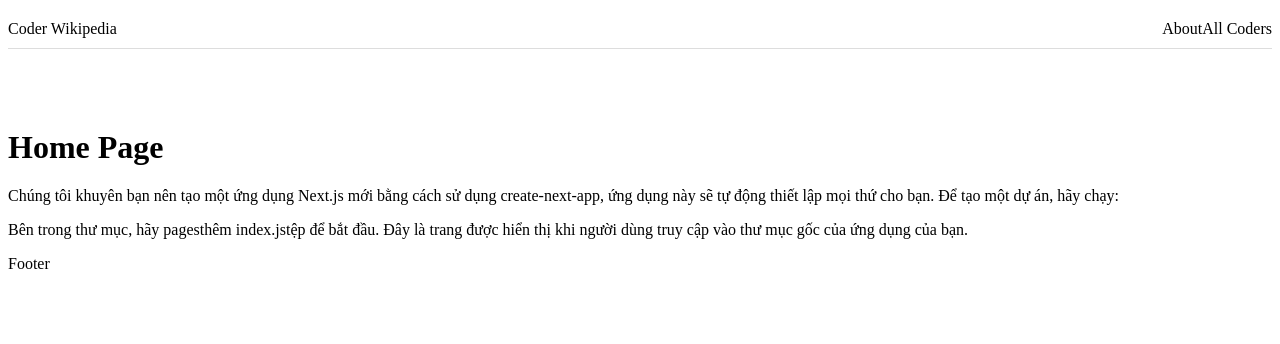
Repository: DuckyNumberONS/H-c-Next-Js
Page: / (app in my-app/)
An editor plug-in stored every save of this project. The page is shown before and after a run of saves, followed by the edit.
The browser window is 1280 px wide. The pictures show the whole page.
Some web fonts or font styles are not loaded; a fallback is used. The project was rebuilt for these pictures with package versions that can differ from the ones it lists, and the page was loaded fresh each time. The framework's server and built-in components were replaced by stand-ins that run in the browser. Also part of the build but not shown: my-app/next.config.js.

Above is the page before, as saved 2022-09-22 09:08:01.

After the next 5 saves:
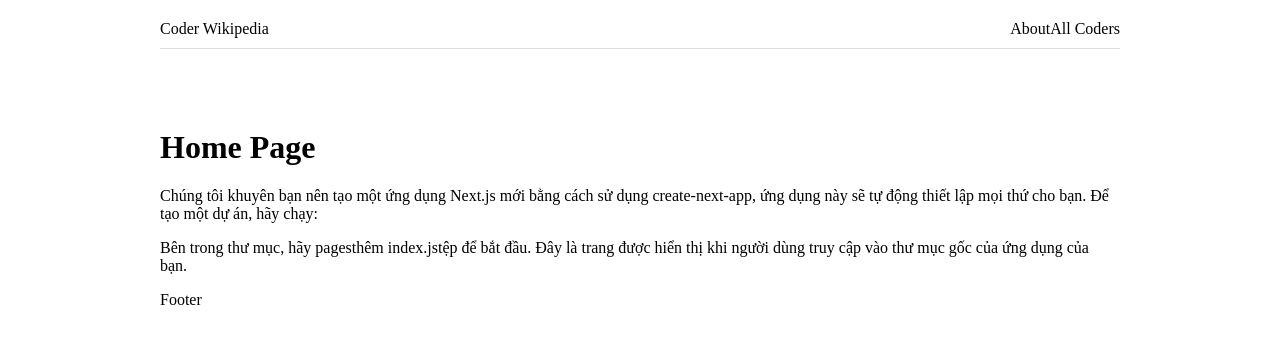
The 5 saves are shown as one change because they came seconds apart.
The last was saved 16 s later.
--- a/my-app/styles/globals.css
+++ b/my-app/styles/globals.css
@@ -9,7 +9,8 @@ a{
   text-decoration: none;
 }
 .content{
-
+  max-width: 960px;
+  margin: 0 auto;
 }
 nav{
   margin: 10px auto 80px;
